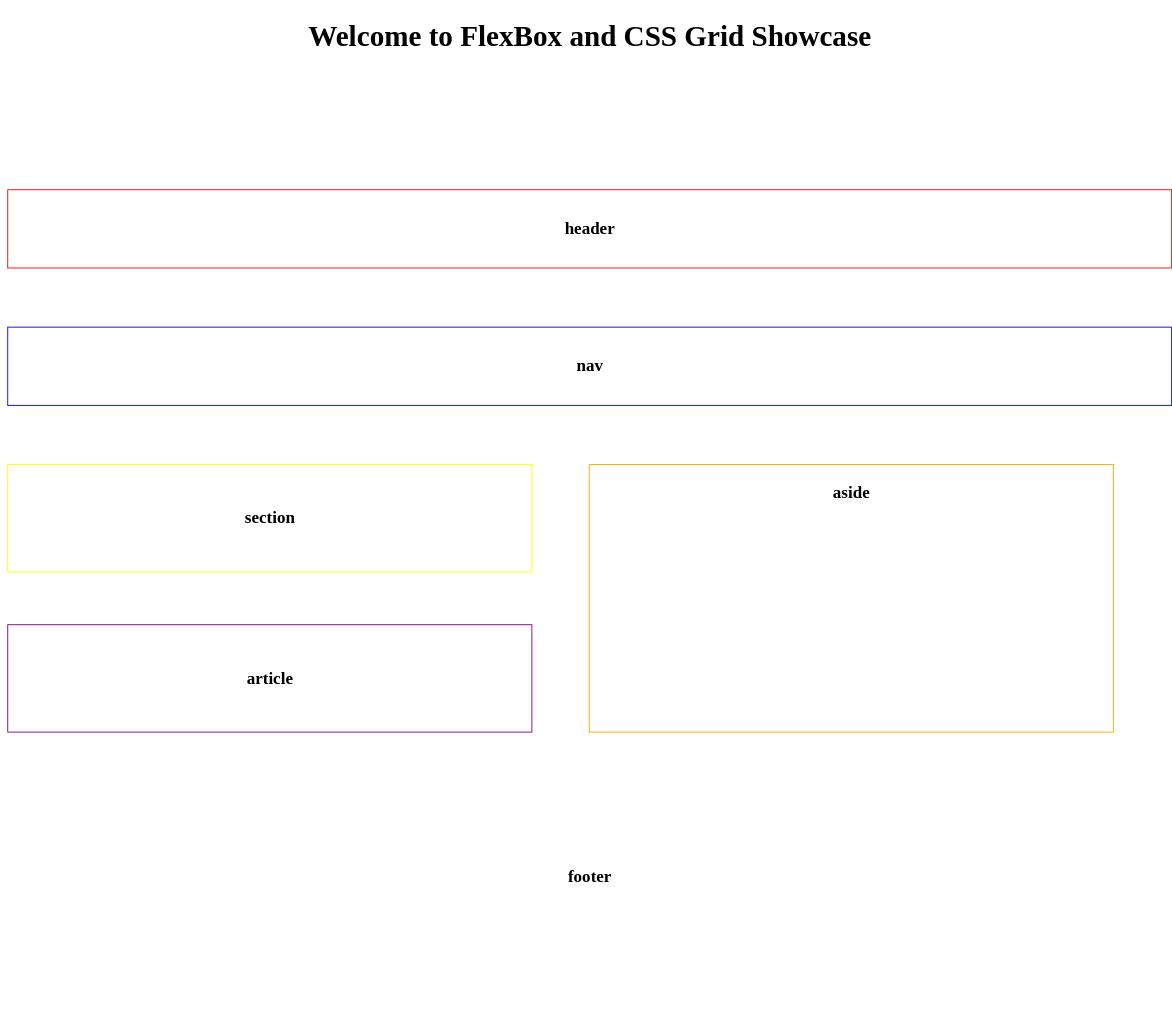
Repository: Awhit-commits/CSS_GRID_AND_FLEXBOX_LESSON
Page: index.html
The author's editor kept a copy of each file at every save. The page is drawn from the files as they stood at one save, then again after the next save.
The browser window is 1280 px wide. The page is 1288 px wide, so the pictures cover 1288 px, including what lies to the right of the window. The pictures show the whole page, at 91% of full size.

Above is the page before, as saved 2020-12-21 18:53:01.

### index.html
<!DOCTYPE html>
<html lang="en">

<head>
    <meta charset="UTF-8">
    <meta name="viewport" content="width=device-width, initial-scale=1.0">
    <title>Document</title>
    <link rel="stylesheet" href="style.css">
</head>

<body>
    <h1>Welcome to FlexBox and CSS Grid Showcase</h1>
    <div class="containerFlex">
        <div class="headerArea">
            <div class="header">
                <h3>header</h3>

            </div>
            <div class="nav">
                <h3>nav</h3>
            </div>
        </div>
        <div class="main">
            <div class="mainArea">
            <div class="section">
                <h3>section</h3>
            </div>
            <div class="article">
                <h3>article</h3>
            </div>
            </div>

            <div class="aside">
                <h3>aside</h3>
            </div>
        </div>
        <div class="footer">
            <h3>footer</h3>
        </div>
    </div>
    <script src="script.js"></script>
</body>

</html>

### style.css
body{
    width: 100%;
    text-align: center;
}
.containerFlex {
    display: flex;
    flex-direction: column;
    /* flex-wrap: nowrap; */
    /* justify-content: space-between; */
    /* text-align: center; */
    /* text-align: center; */

}

.main{
    /* align-self: start; */

    display: flex;
    flex-direction:row;
    /* flex-grow: 1; */
    flex: 1 1 auto;
    /* width: 100%; */

}
.headerArea{
    /* display: flex; */
    /* flex-direction: column; */
    /* justify-content:center */
    /* width: 100%; */

}
.mainArea{
    display: flex;
    flex-direction: column;
    width:100%;
    align-items:flex-start;
    text-align: center;
    /* flex: 2 auto; */
}
.header{
    /* flex: 1 1 auto; */
    padding: 1% 0 ;
    margin-top: 10%;
    border: 1px solid red;
    /* width: 100%; */
}

.nav{
    /* flex: 1 auto; */
    margin:5% 0;
    padding:1% 0;
    border: 1px solid blue;
    /* width: 100%; */
}

.article{
    border: 1px purple solid;
    width: 100%;
    padding: 5% 0;
}
.aside{
    /* display: flex; */
    /* align-items:center; */
    align-items:center;
    /* text-align: center; */
    justify-content:flex-end;
    /* margin-right: 10%; */
    margin: 0 5%;
    border: 1px orange solid;
    width: 100%;


}
.section{
    width: 100%;
    border: 1px yellow solid;
    margin-bottom: 10%;
    padding: 5% 0;
}

.footer{

    /* align-items: center; */
    padding: 10% 0;
    border: ;

}

### script.js
console.log(`Hello World`);

After the next save:
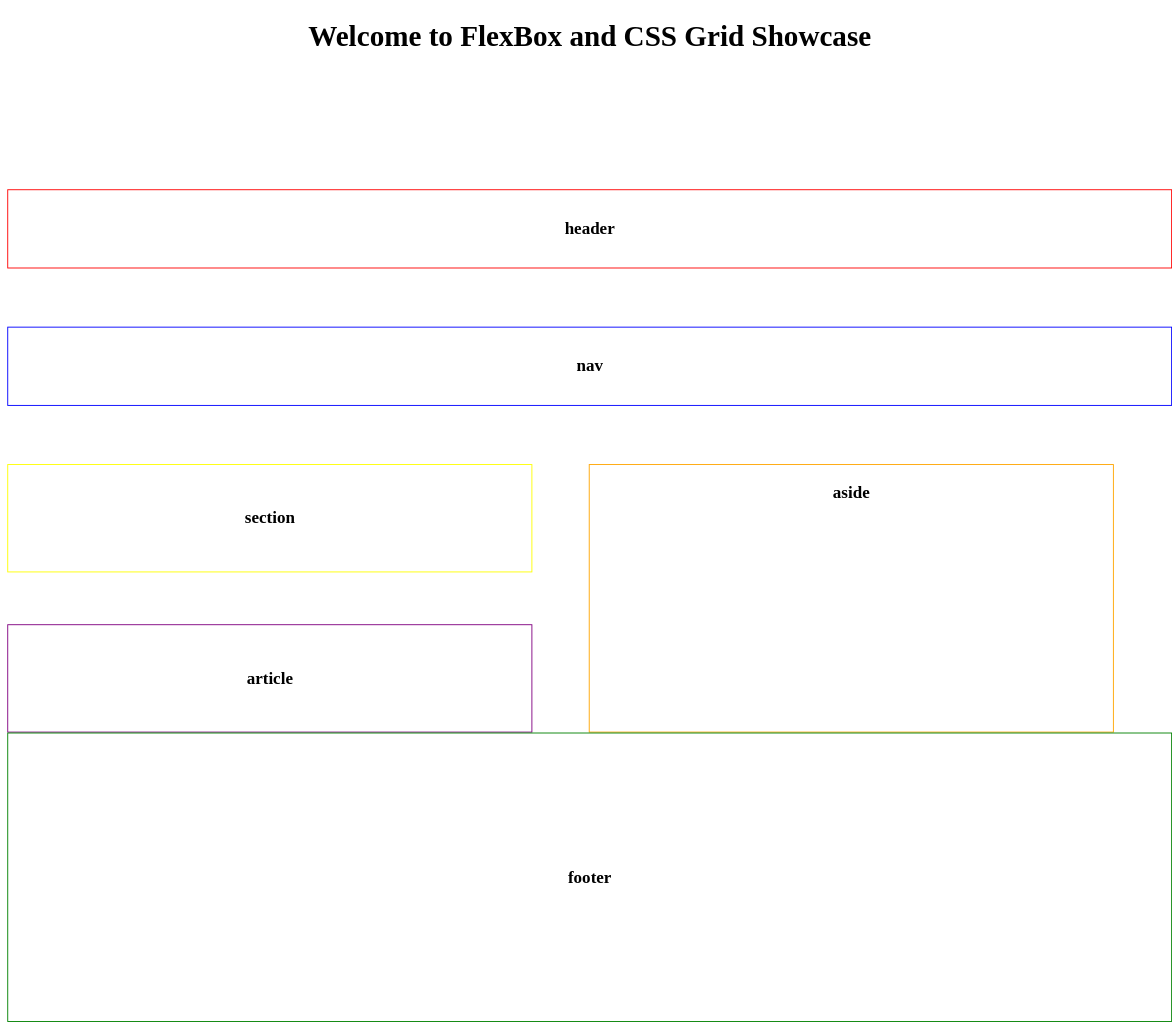
Saved 4 s later.
--- a/style.css
+++ b/style.css
@@ -82,6 +82,6 @@ body{
 
     /* align-items: center; */
     padding: 10% 0;
-    border: ;
+    border: 1px green solid;
 
 }
